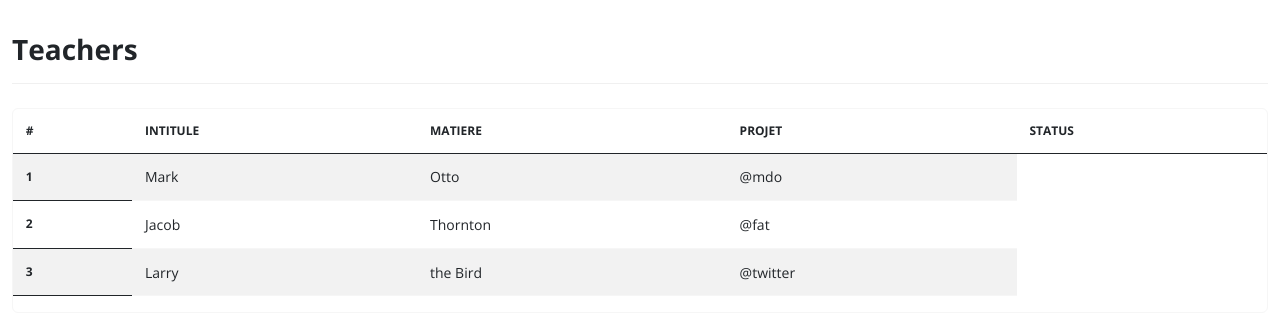
Repository: dimitri0004/Moodle
Page: http://localhost/enseignant/projet/
The author's editor kept a copy of each file at every save. The page is drawn from the files as they stood at one save, then again after the next save.
The browser window is 1280 px wide. The pictures show the whole page.
The page is served by the project's application, run on Django 4.2 (manage.py). Other server files are loaded and not shown.

Above is the page before, as saved 2023-08-18 00:38:12.
Console error: TypeError: Cannot set properties of null (setting 'innerHTML')

### templates/Enseignant/index.html
{% extends "base.html" %}
{% block content %}

<div class="body d-flex py-lg-3 py-md-2">
    <div class="container-xxl">
        <div class="row">
            <div class="col-md-12">
                <div class="card border-0 mb-4 no-bg">
                    <div class="card-header py-3 px-0 d-flex align-items-center  justify-content-between border-bottom">
                        <h3 class=" fw-bold flex-fill mb-0">Teachers</h3>
                        <div class="dropdown px-2">
                            <button class="btn btn-primary dropdown-toggle" type="button" id="dropdownMenuButton1" data-bs-toggle="dropdown" aria-expanded="false">
                                Subject
                            </button>
                            <ul class="dropdown-menu  dropdown-menu-end" aria-labelledby="dropdownMenuButton1">
                              <li><a class="dropdown-item" href="#">Engineering</a></li>
                              <li><a class="dropdown-item" href="#">Power and Energy</a></li>
                              <li><a class="dropdown-item" href="#">Civil Law</a></li>
                              <li><a class="dropdown-item" href="#">Legal Advice</a></li>
                              <li><a class="dropdown-item" href="#">Health and Fitness</a></li>
                              <li><a class="dropdown-item" href="#">Hospitality</a></li>
                              <li><a class="dropdown-item" href="#">Aviation</a></li>
                              <li><a class="dropdown-item" href="#">Drawing</a></li>
                            </ul>
                        </div>
                        <div class="dropdown">
                            <button class="btn btn-primary dropdown-toggle" type="button" id="dropdownMenuButton2" data-bs-toggle="dropdown" aria-expanded="false">
                                Status
                            </button>
                            <ul class="dropdown-menu  dropdown-menu-end" aria-labelledby="dropdownMenuButton1">
                              <li><a class="dropdown-item" href="#">All</a></li>
                              <li><a class="dropdown-item" href="#">online</a></li>
                              <li><a class="dropdown-item" href="#">Popular</a></li>
                            </ul>
                        </div>
                    </div>
                </div>
            </div>
        </div>
        <div class="">
            <div class="col">
                <div class="card teacher-card">

                    <table class="table table-striped">
                        <thead>
                          <tr>
                            <th scope="col">#</th>
                            <th scope="col">Intitule</th>
                            <th scope="col">Matiere</th>
                            <th scope="col">Projet</th>
                            <th scope="col">Status</th>
                          </tr>
                        </thead>
                        <tbody>
                          <tr>
                            <th scope="row">1</th>
                            <td>Mark</td>
                            <td>Otto</td>
                            <td>@mdo</td>
                          </tr>
                          <tr>
                            <th scope="row">2</th>
                            <td>Jacob</td>
                            <td>Thornton</td>
                            <td>@fat</td>
                          </tr>
                          <tr>
                            <th scope="row">3</th>
                            <td>Larry</td>
                            <td>the Bird</td>
                            <td>@twitter</td>
                          </tr>
                        </tbody>
                      </table>

            </div>
        </div>
    </div>
</div>

<!-- Modal Members-->
<div class="modal fade" id="addUser" tabindex="-1" aria-labelledby="addUserLabel" aria-hidden="true">
    <div class="modal-dialog modal-dialog-centered modal-lg">
    <div class="modal-content">
        <div class="modal-header">
            <h5 class="modal-title  fw-bold" id="addUserLabel">Invite Friend's</h5>
            <button type="button" class="btn-close" data-bs-dismiss="modal" aria-label="Close"></button>
        </div>
        <div class="modal-body">
            <div class="inviteby_email">
                <div class="input-group mb-3">
                    <input type="text" class="form-control" placeholder="Members Invite" aria-label="Recipient's username" aria-describedby="button-addon2">
                    <button class="btn btn-dark" type="button" id="button-addon2">Members Invite</button>
                </div>
            </div>
            <div class="members_list">
                <h6 class="fw-bold ">Members of e-Learn</h6>
                <ul class="list-unstyled list-group list-group-custom list-group-flush mb-0">

                </ul>
            </div>
        </div>
    </div>
    </div>
</div>

{% endblock %}

### templates/base.html
{% load static %}
<!DOCTYPE html>
<html lang="en">
<head>
    <meta charset="UTF-8">
    <meta name="viewport" content="width=device-width, initial-scale=1.0">
    <title>Document</title>

    <link rel="icon" href="favicon.ico" type="image/x-icon"> <!-- Favicon-->

    <!-- plugin css file  -->
    <link rel="stylesheet" href="{% static 'assets/css/carousel.min.css' %}" />
    <!-- project css file  -->
    <link rel="stylesheet" href="{% static 'assets/css/e-learn.style.min.css' %}">
    <!-- Google Code  -->
    <script async src="https://www.googletagmanager.com/gtag/js?id=UA-264428387-1"></script>
    <script>
      window.dataLayer = window.dataLayer || [];
      function gtag(){dataLayer.push(arguments);}
      gtag('js', new Date());

      gtag('config', 'UA-264428387-1');
    </script>

    <script src="{% static 'assets/bundles/libscripts.bundle.js' %}"></script>

    <!-- Plugin Js-->
    <script src="{% static 'assets/bundles/carousel.bundle.js' %}"></script>
    <script src="{% static 'assets/bundles/apexcharts.bundle.js' %}"></script>

    <!-- Jquery Page Js -->
    <script src="{% static 'js/template.js' %}"></script>
    <script src="{% static 'js/page/elearn-index.js' %}"></script>
</head>
<body>
   {% if user.is_authenticated %}

    {% include "_partiels/nav.html" %}
   {% endif %}


    {% block content %}{% endblock %}
</body>
</html>

### AppEcole/views.py
from django.shortcuts import render,redirect
from django.core.validators import validate_email
from django.contrib.auth.models import User
from django.db.models import Q
from django.contrib.auth.decorators import login_required
from django.contrib.auth import authenticate, login, logout
from .forms import ProjetForm
from django.contrib.auth import get_user_model
from .models import Devoir

def index(request):
    return render(request,'index.html')

def inscription(request):
    error = False
    message = ""

    if request.method == "POST":
        username = request.POST.get('username')
        email = request.POST.get('email')
        nom = request.POST.get('nom')
        prenom = request.POST.get('prenom')
        password = request.POST.get('password')
        confirmePassword = request.POST.get('confirmePassword')
        role = request.POST.get('role')
        identifiant = request.POST.get('identifiant')
        date = request.POST.get('date')# Récupérer le rôle du formulaire

        try:
            validate_email(email)
        except:
            error = True
            message = "Entrer un email valide svp"

        User = get_user_model()  # Obtenir le modèle utilisateur personnalisé

        user = User.objects.filter(Q(email=email) | Q(username=username)).first()
        if user:
            error = True
            message = f"L'email {email} ou le nom d'utilisateur {nom} est déjà utilisé par un utilisateur"

        if password != confirmePassword:
            error = True
            message = "Les deux mots de passe ne sont pas identiques"

        if error == False:
            user = User(

                username=username,
                email=email,
                last_name=nom,
                first_name=prenom,
                identifiant=identifiant,
                role=role,
                birthdate=date# Enregistrer le rôle dans le modèle
            )
            user.set_password(password)
            user.save()
            return redirect('acceuil')

    context = {
        'error': error,
        'message': message
    }
    return render(request, 'Utilisateur/inscription.html', context)

def connexion(request):
    error=False
    message=""
    if request.method=="POST":

        email=request.POST.get('email', None)
        password=request.POST.get('password', None)

        User = get_user_model()
        user=User.objects.filter(email=email).first()
        if user:
            user=authenticate(username=user.username, password=password)
            if user:
                login(request, user)
                return redirect('acceuil')
            else:
                error=True
                message="mot de passe  incorrecte"
        else:
            error=True
            message="l'utilisateur n'existe pas"
    return render(request, 'Utilisateur/connexion.html', {'error':error, 'message':message})

def ajouter_projet(request):
    if request.method == 'POST':
        form = ProjetForm(request.POST, request.FILES)
        if form.is_valid():
            form.save()
            return redirect('ajouter_projet')  # Rediriger vers la liste des projets
    else:
        form = ProjetForm()

    context = {'form': form}
    return render(request, 'Enseignant/projet.html', context)

def liste_projets(request):
    projets = Devoir.objects.all()
    return render(request, 'Enseignant/index.html', {'projets': projets})


def deconnexion(request):
    logout(request)
    return redirect('login')
# Create your views here.

### MoodleProject/urls.py
"""
URL configuration for MoodleProject project.

The `urlpatterns` list routes URLs to views. For more information please see:
    https://docs.djangoproject.com/en/4.2/topics/http/urls/
Examples:
Function views
    1. Add an import:  from my_app import views
    2. Add a URL to urlpatterns:  path('', views.home, name='home')
Class-based views
    1. Add an import:  from other_app.views import Home
    2. Add a URL to urlpatterns:  path('', Home.as_view(), name='home')
Including another URLconf
    1. Import the include() function: from django.urls import include, path
    2. Add a URL to urlpatterns:  path('blog/', include('blog.urls'))
"""
from django.contrib import admin
from django.urls import path,include
from django.conf import settings
from django.conf.urls.static import static


urlpatterns = [
    path('admin/', admin.site.urls),
    path('', include('AppEcole.urls')),
]
if settings.DEBUG:
    urlpatterns += static(settings.MEDIA_URL,
    document_root=settings.MEDIA_ROOT)

### AppEcole/urls.py
from django.urls import path
from .views import index, inscription, connexion,ajouter_projet,deconnexion,liste_projets
urlpatterns = [
    path('acceuil', index, name='acceuil'),
    path('inscription/', inscription, name='register'),
    path('', connexion, name='login'),
    path('deconnexion/', deconnexion, name='logout'),
    path('enseignant/projet/ajouter', ajouter_projet, name='ajouter_projet'),
    path('enseignant/projet/', liste_projets, name='liste_projet'),


]

### static/assets/css/carousel.min.css
.owl-carousel,.owl-carousel .owl-item{-webkit-tap-highlight-color:transparent;position:relative}.owl-carousel{display:none;width:100%;z-index:1}.owl-carousel .owl-stage{position:relative;-ms-touch-action:pan-Y;-moz-backface-visibility:hidden}.owl-carousel .owl-stage:after{content:".";display:block;clear:both;visibility:hidden;line-height:0;height:0}.owl-carousel .owl-stage-outer{position:relative;overflow:hidden;-webkit-transform:translate3d(0, 0, 0)}.owl-carousel .owl-item,.owl-carousel .owl-wrapper{-webkit-backface-visibility:hidden;-moz-backface-visibility:hidden;-ms-backface-visibility:hidden;-webkit-transform:translate3d(0, 0, 0);-moz-transform:translate3d(0, 0, 0);-ms-transform:translate3d(0, 0, 0)}.owl-carousel .owl-item{min-height:1px;float:left;-webkit-backface-visibility:hidden;-webkit-touch-callout:none}.owl-carousel .owl-item img{display:block;width:100%}.owl-carousel .owl-dots.disabled,.owl-carousel .owl-nav.disabled{display:none}.no-js .owl-carousel,.owl-carousel.owl-loaded{display:block}.owl-carousel .owl-dot,.owl-carousel .owl-nav .owl-next,.owl-carousel .owl-nav .owl-prev{cursor:pointer;cursor:hand;-webkit-user-select:none;-khtml-user-select:none;-moz-user-select:none;-ms-user-select:none;user-select:none}.owl-carousel.owl-loading{opacity:0;display:block}.owl-carousel.owl-hidden{opacity:0}.owl-carousel.owl-refresh .owl-item{visibility:hidden}.owl-carousel.owl-drag .owl-item{-webkit-user-select:none;-moz-user-select:none;-ms-user-select:none;user-select:none}.owl-carousel.owl-grab{cursor:move;cursor:grab}.owl-carousel.owl-rtl{direction:rtl}.owl-carousel.owl-rtl .owl-item{float:right}.owl-carousel .animated{animation-duration:1s;animation-fill-mode:both}.owl-carousel .owl-animated-in{z-index:0}.owl-carousel .owl-animated-out{z-index:1}.owl-carousel .fadeOut{animation-name:fadeOut}@keyframes fadeOut{0%{opacity:1}100%{opacity:0}}.owl-height{transition:height .5s ease-in-out}.owl-carousel .owl-item .owl-lazy{opacity:0;transition:opacity .4s ease}.owl-carousel .owl-item img.owl-lazy{transform-style:preserve-3d}.owl-carousel .owl-video-wrapper{position:relative;height:100%;background:#000}.owl-carousel .owl-video-play-icon{position:absolute;height:80px;width:80px;left:50%;top:50%;margin-left:-40px;margin-top:-40px;background:url(owl.video.play.html) no-repeat;cursor:pointer;z-index:1;-webkit-backface-visibility:hidden;transition:transform .1s ease}.owl-carousel .owl-video-play-icon:hover{-ms-transform:scale(1.3, 1.3);transform:scale(1.3, 1.3)}.owl-carousel .owl-video-playing .owl-video-play-icon,.owl-carousel .owl-video-playing .owl-video-tn{display:none}.owl-carousel .owl-video-tn{opacity:0;height:100%;background-position:center center;background-repeat:no-repeat;background-size:contain;transition:opacity .4s ease}.owl-carousel .owl-video-frame{position:relative;z-index:1;height:100%;width:100%}

### static/js/template.js
if (typeof jQuery === "undefined") {
    throw new Error("jQuery plugins need to be before this file");
}

$(function() {
    "use strict";

    // main sidebar toggle js
    $('.menu-toggle').on('click', function () {
        $('.sidebar').toggleClass('open');
        $('.open').removeClass('sidebar-mini');
    });

    // layout a sidebar mini version
    $('.sidebar-mini-btn').on('click', function () {
        $('.sidebar').toggleClass('sidebar-mini');
        $('.sidebar-mini').removeClass('open');
    });

    // chat page chatlist toggle js
    $('.chatlist-toggle').on('click', function () {
        $('.card-chat').toggleClass('open');
    });

    $(".theme-rtl input").on('change',function() {
        if(this.checked) {
            $("body").addClass('rtl_mode');
        }else{
            $("body").removeClass('rtl_mode');
        }

    });

    // cSidebar overflow daynamic height

    overFlowDynamic();

    $(window).resize(function(){
        overFlowDynamic();
    });

    function overFlowDynamic(){
        var sideheight=$(".sidebar.sidebar-mini").height() + 48;

        if(sideheight <= 760) {
            $(".sidebar.sidebar-mini").css( "overflow", "scroll");
        }
        else{
            $(".sidebar.sidebar-mini").css( "overflow", "visible");
        }
    }


    // Dropdown scroll hide using table responsive

    $('.table-responsive').on('show.bs.dropdown', function () {
        $('.table-responsive').css( "overflow", "inherit" );
    });

    $('.table-responsive').on('hide.bs.dropdown', function () {
            $('.table-responsive').css( "overflow", "auto" );
    })

    // light and dark theme setting js
    var toggleSwitch = document.querySelector('.theme-switch input[type="checkbox"]');
    var toggleHcSwitch = document.querySelector('.theme-high-contrast input[type="checkbox"]');
    var currentTheme = localStorage.getItem('theme');
    if (currentTheme) {
        document.documentElement.setAttribute('data-theme', currentTheme);

        if (currentTheme === 'dark') {
            toggleSwitch.checked = true;
        }
        if (currentTheme === 'high-contrast') {
            toggleHcSwitch.checked = true;
            toggleSwitch.checked = false;
        }
    }
    function switchTheme(e) {
        if (e.target.checked) {
            document.documentElement.setAttribute('data-theme', 'dark');
            localStorage.setItem('theme', 'dark');
            $('.theme-high-contrast input[type="checkbox"]').prop("checked", false);
        }
        else {
            document.documentElement.setAttribute('data-theme', 'light');
            localStorage.setItem('theme', 'light');
        }
    }
    toggleSwitch.addEventListener('change', switchTheme, false);
    // end
});

// live support team js
$(function() {
    "use strict";
    var Tawk_API=Tawk_API||{}, Tawk_LoadStart=new Date();
    (function(){
        var s1=document.createElement("script"),s0=document.getElementsByTagName("script")[0];
        s1.async=true;
        s1.src='https://embed.tawk.to/6051a040f7ce18270930e55a/1f0vdjvfu';
        s1.charset='UTF-8';
        s1.setAttribute('crossorigin','*');
        s0.parentNode.insertBefore(s1,s0);
    })();
});

### static/js/page/elearn-index.js
if (typeof jQuery === "undefined") {
    throw new Error("jQuery plugins need to be before this file");
}
$(function() {
    "use strict";
    var tooltipTriggerList = [].slice.call(document.querySelectorAll('[data-bs-toggle="tooltip"]'))
    var tooltipList = tooltipTriggerList.map(function (tooltipTriggerEl) {
        return new bootstrap.Tooltip(tooltipTriggerEl)
    })

    /*****Owl Slider************/
    $(document).ready(function(){
        $('.owl-carouselone').owlCarousel({
            stagePadding: 30,
            loop:true,
            margin:10,
            nav:true,
            navText: ["<img src='../dist/assets/images/stylish-left.png'>","<img src='../dist/assets/images/stylish-right.png'>"],
            responsive:{
                0:{
                    items:1
                },
                480:{
                    items:3
                },
                600:{
                    items:3
                },
                740:{
                    items:6
                },
                1000:{
                    items:2
                },
                1100:{
                    items:3
                },
                1400:{
                    items:3
                },
                1500:{
                    items:4
                }
            }
        })

        $('.owl-carouseltwo').owlCarousel({
            loop:true,
            margin:5,
            autoplay:true,
            autoplayTimeout:4000,
            autoplayHoverPause:true,
            responsive:{
                0:{
                    items:1
                },
                480:{
                    items:1
                },
                600:{
                    items:1
                },
                1000:{
                    items:2
                },
                1100:{
                    items:2
                },
                1400:{
                    items:3
                }
            }
        })
    });

    // basic-column
    $(document).ready(function() {
        var options = {
            chart: {
                height: 350,
                type: 'bar',
            },
            colors: ['var(--chart-color1)', 'var(--chart-color2)', 'var(--chart-color4)'],
            plotOptions: {
                bar: {
                    horizontal: false,
                    columnWidth: '55%',
                    endingShape: 'rounded'
                },
            },
            dataLabels: {
                enabled: false
            },
            stroke: {
                show: true,
                width: 2,
                colors: ['transparent']
            },
            series: [{
                name: 'Listening',
                data: [44, 55, 57, 56, 61, 58, 63, 60, 66]
            }, {
                name: 'Writing',
                data: [76, 85, 101, 98, 87, 105, 91, 114, 94]
            }, {
                name: 'Video View',
                data: [35, 41, 36, 26, 45, 48, 52, 53, 41]
            }],
            xaxis: {
                categories: ['Feb', 'Mar', 'Apr', 'May', 'Jun', 'Jul', 'Aug', 'Sep', 'Oct'],
            },
            yaxis: {
                title: {
                    text: ''
                }
            },
            fill: {
                opacity: 1

            },
            tooltip: {
                y: {
                    formatter: function (val) {
                        return "$ " + val + " thousands"
                    }
                }
            }
        }

        var chart = new ApexCharts(
            document.querySelector("#apex-basic-column"),
            options
        );

        chart.render();
    });


});
/*****digital-clock************/
function date_time(id){
    date = new Date;
    h = date.getHours();
    if(h<10)
    {
            h = "0"+h;
    }
    m = date.getMinutes();
    if(m<10)
    {
            m = "0"+m;
    }
    s = date.getSeconds();
    if(s<10)
    {
            s = "0"+s;
    }
    document.getElementById("s").innerHTML = ''+s;
    document.getElementById("m").innerHTML = ''+m;
    document.getElementById("h").innerHTML = ''+h;
    setTimeout('date_time("'+"s"+'");','1000');
    return true;
}
window.onload = date_time('s');

Loaded but not shown: static/assets/css/e-learn.style.min.css (library); static/assets/bundles/libscripts.bundle.js (library); static/assets/bundles/carousel.bundle.js (library); static/assets/bundles/apexcharts.bundle.js (library)

After the next save:
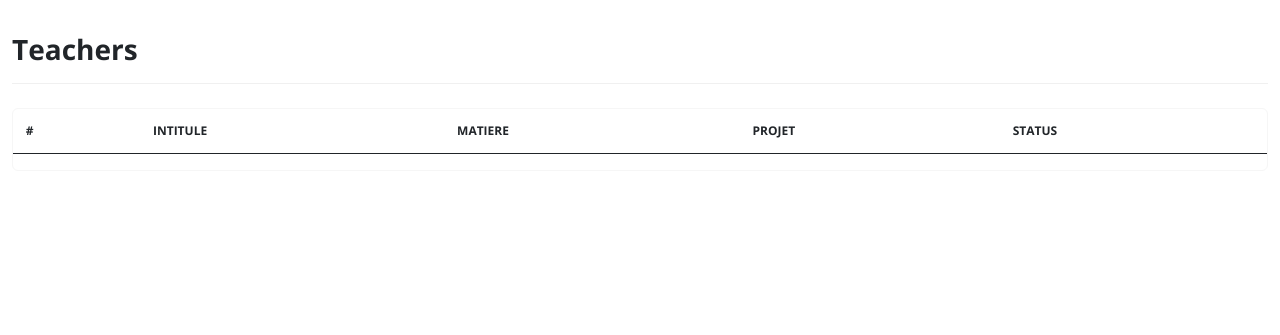
Saved 2 min 51 s later.
--- a/templates/Enseignant/index.html
+++ b/templates/Enseignant/index.html
@@ -52,24 +52,17 @@
                           </tr>
                         </thead>
                         <tbody>
-                          <tr>
-                            <th scope="row">1</th>
-                            <td>Mark</td>
-                            <td>Otto</td>
-                            <td>@mdo</td>
-                          </tr>
-                          <tr>
-                            <th scope="row">2</th>
-                            <td>Jacob</td>
-                            <td>Thornton</td>
-                            <td>@fat</td>
-                          </tr>
-                          <tr>
-                            <th scope="row">3</th>
-                            <td>Larry</td>
-                            <td>the Bird</td>
-                            <td>@twitter</td>
-                          </tr>
+                            {% for projet in Projets %}
+                            <tr>
+                                <th scope="row">{{ loop.index  }}</th>
+                                <td>{{ projet.intitule }}</td>
+                                <td>{{ projet.matiere }}</td>
+                                <td>{{ projet.projet }}</td>
+                                <td>{{ projet.status }}</td>
+                              </tr>
+                            {% endfor %}
+
+
                         </tbody>
                       </table>
 
